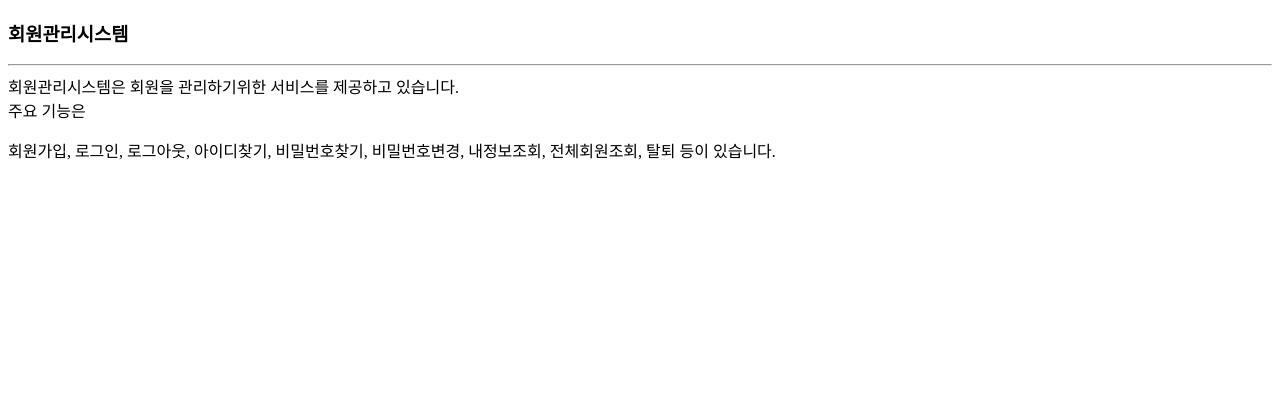
Repository: helloJunejun/WorkSpace_WebUi
Page: 0.1html_basic/src/main/webapp/WEB-INF/index.html
These files come from the project's save history. The page is drawn as it stood at one moment and after the next save; the edit follows.
The browser window is 1280 px wide. The pictures show the whole page.

Above is the page before, as saved 2021-06-23 06:30:28.

### 0.1html_basic/src/main/webapp/WEB-INF/index.html
<!DOCTYPE html PUBLIC "-//W3C//DTD HTML 4.01 Transitional//EN" "http://www.w3.org/TR/html4/loose.dtd">
<html>
<head>
<meta http-equiv="Content-Type" content="text/html; charset=UTF-8">
<title>MMS</title>
</head>
<body>
<h3>회원관리시스템</h3>
<hr>
회원관리시스템은 회원을 관리하기위한 서비스를 제공하고 있습니다.<br>
주요 기능은 <p>회원가입, 로그인, 로그아웃, 아이디찾기, 비밀번호찾기, 비밀번호변경, 내정보조회, 전체회원조회, 탈퇴 등이 있습니다.
</body>
</html>

After the next save:
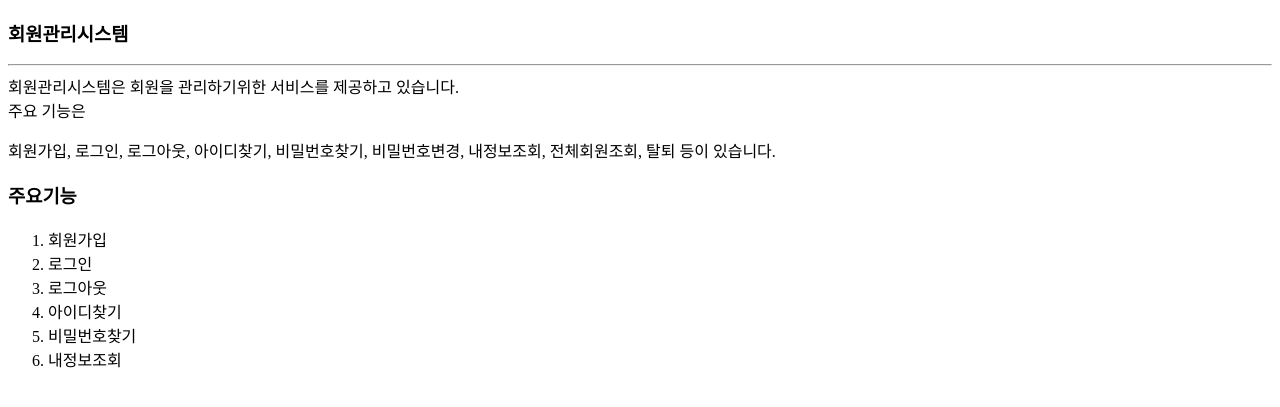
Saved 4 min 10 s later.
--- a/0.1html_basic/src/main/webapp/WEB-INF/index.html
+++ b/0.1html_basic/src/main/webapp/WEB-INF/index.html
@@ -9,5 +9,15 @@
 <hr>
 회원관리시스템은 회원을 관리하기위한 서비스를 제공하고 있습니다.<br>
 주요 기능은 <p>회원가입, 로그인, 로그아웃, 아이디찾기, 비밀번호찾기, 비밀번호변경, 내정보조회, 전체회원조회, 탈퇴 등이 있습니다.
+
+<h3>주요기능</h3>
+<ol>
+	<li>회원가입</li>
+	<li>로그인</li>
+	<li>로그아웃</li>
+	<li>아이디찾기</li>
+	<li>비밀번호찾기</li>
+	<li>내정보조회</li>
+</ol>
 </body>
 </html>
